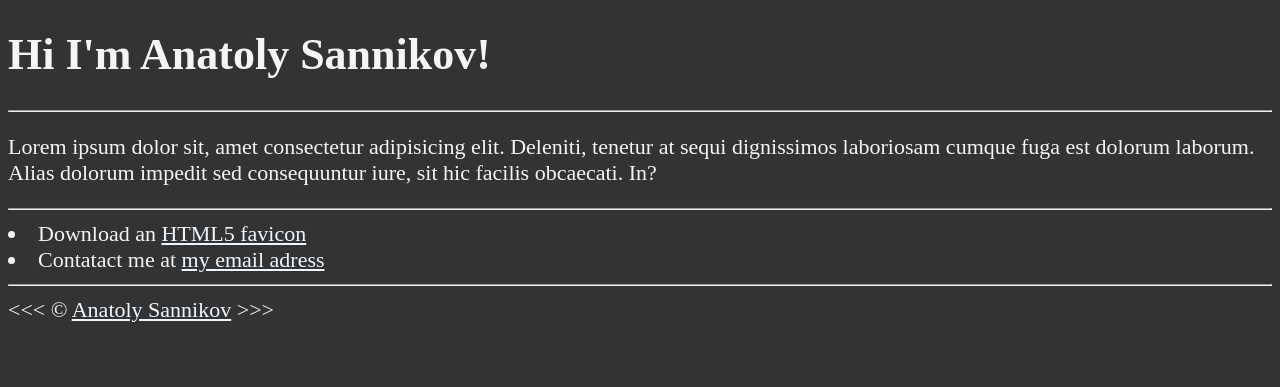
Repository: sannikovcode/exercises-a1
Page: JS/test1/task3/about.html
The author's editor kept a copy of each file at every save. The page is drawn from the files as they stood at one save, then again after the next save.
The browser window is 1280 px wide. The pictures show the whole page.

Above is the page before, as saved 2025-10-13 15:27:09.

### JS/test1/task3/about.html
<!DOCTYPE html>
<html lang="en">
<head>
    <meta charset="UTF-8">
    <meta name="author" content="Anatoly">
    <meta name="description" content="Hi, I'm Anatoly Sannikov.
    This page is about me.">
    <title>About Me</title>
    <link rel="icon" href="html5.png"
    type="image/x-icon">
    <link rel="stylesheet" href="main.css"
    type="text/css">

</head>
<body>
    <h1> Hi I'm Anatoly Sannikov!</h1>

    <hr>

        <p>
            Lorem ipsum dolor sit, amet consectetur adipisicing elit.
            Deleniti, tenetur at sequi dignissimos laboriosam cumque
            fuga est dolorum laborum. Alias dolorum impedit sed
            consequuntur iure, sit hic facilis obcaecati. In?
        </p>


    <hr>

    <li>Download an <a href="html5.png"
        Download>HTML5 favicon</a></li>
        <li>
            Contatact me at <a href="mailto:random@email.com">my email
            adress </a>
        </li>


    <hr>


    &lt;&lt;&lt; &copy; <a href="about.html">Anatoly Sannikov</a>  &gt;&gt;&gt;


</body>

</html>

### JS/test1/task3/main.css
 html {
            font-size: 22px
        }

        body {
            background-color:   #333;
            color: whitesmoke;
        }

        a {
            color: aliceblue;

        }

        a:visited {
            color: lightgray;
        }

        a:hover, a:active {
            color: #eee;
        }

After the next save:
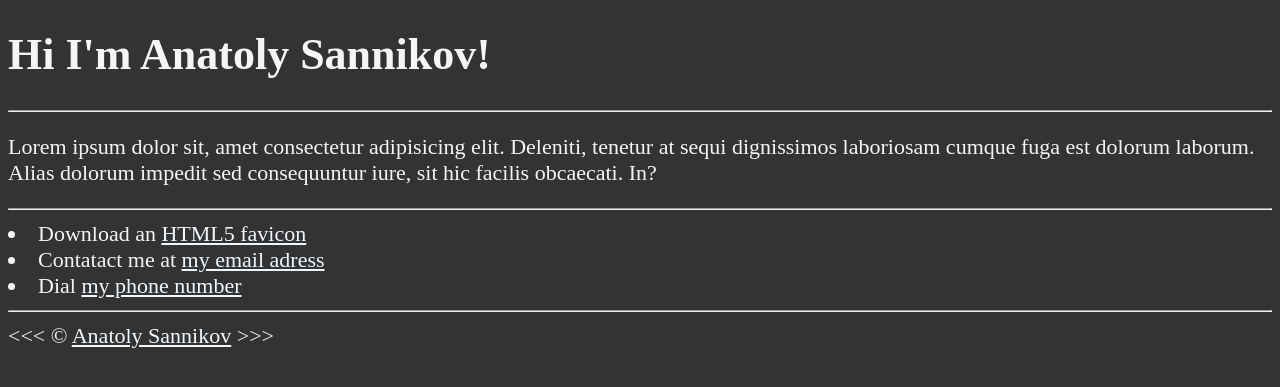
Saved 81 s later.
--- a/JS/test1/task3/about.html
+++ b/JS/test1/task3/about.html
@@ -34,6 +34,11 @@
             adress </a>
         </li>
 
+        <li>
+            Dial <a href="tel:+1234567890">my phone number
+            </a>
+        </li>
+
 
     <hr>
 
